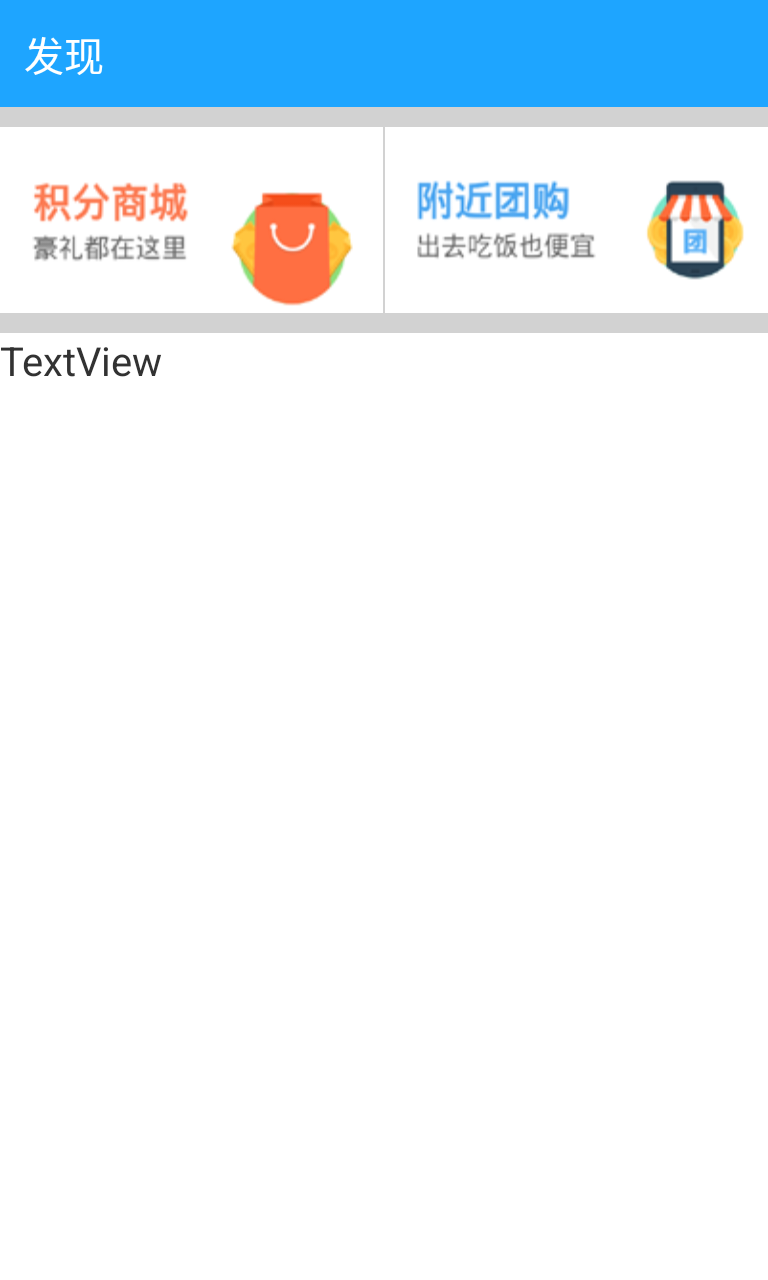
Repository: shi1hh/v
Layout: HungryTest/res/layout/fragment_faxian.xml
The author's editor kept a copy of each file at every save. The layout is drawn from the files as they stood at one save, then again after the next save.
It is drawn on a 768 x 1280 px phone screen (xhdpi) without system bars, with theme android:Theme.Light.NoTitleBar; the app's code is not run.

Above is the layout before, as saved 2015-10-25 03:36:20.

After the next save:
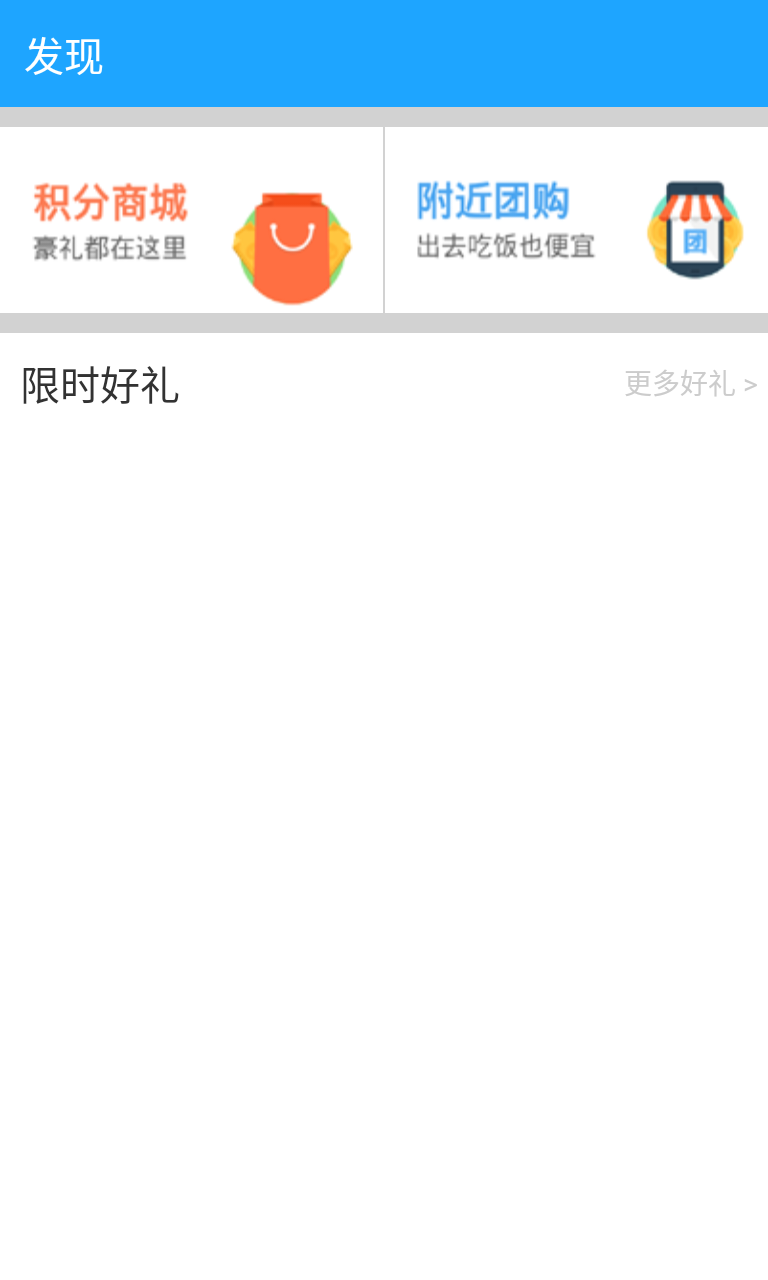
Saved 27 s later.
--- a/HungryTest/res/layout/fragment_faxian.xml
+++ b/HungryTest/res/layout/fragment_faxian.xml
@@ -60,13 +60,26 @@
         android:layout_width="match_parent"
         android:layout_height="wrap_content" >
 
+                <TextView
+                    android:id="@+id/textView1"
+                    android:layout_width="wrap_content"
+                    android:layout_height="wrap_content"
+                    android:layout_alignParentLeft="true"
+                    android:layout_alignParentTop="true"
+                    android:padding="10dp"
+                    android:text="@string/faxian_xianshihaoli"
+                    android:textSize="@dimen/faxian_timelimi" />
+
+                <TextView
+                    android:id="@+id/textView2"
+                    android:layout_width="wrap_content"
+                    android:layout_height="wrap_content"
+                    android:layout_alignParentRight="true"
+                    android:layout_centerVertical="true"
+                    android:text="@string/faxian_gengduohaoli"
+                    android:padding="@dimen/padding_faxian_gengduohaoli"
+                    android:textColor="@color/text_gray" />
+
                    </RelativeLayout>
 
-            <TextView
-                android:id="@+id/textView1"
-                android:layout_width="wrap_content"
-                android:layout_height="wrap_content"
-                android:text="TextView"
-                android:textSize="@dimen/faxian_timelimi" />
-
 </LinearLayout>
